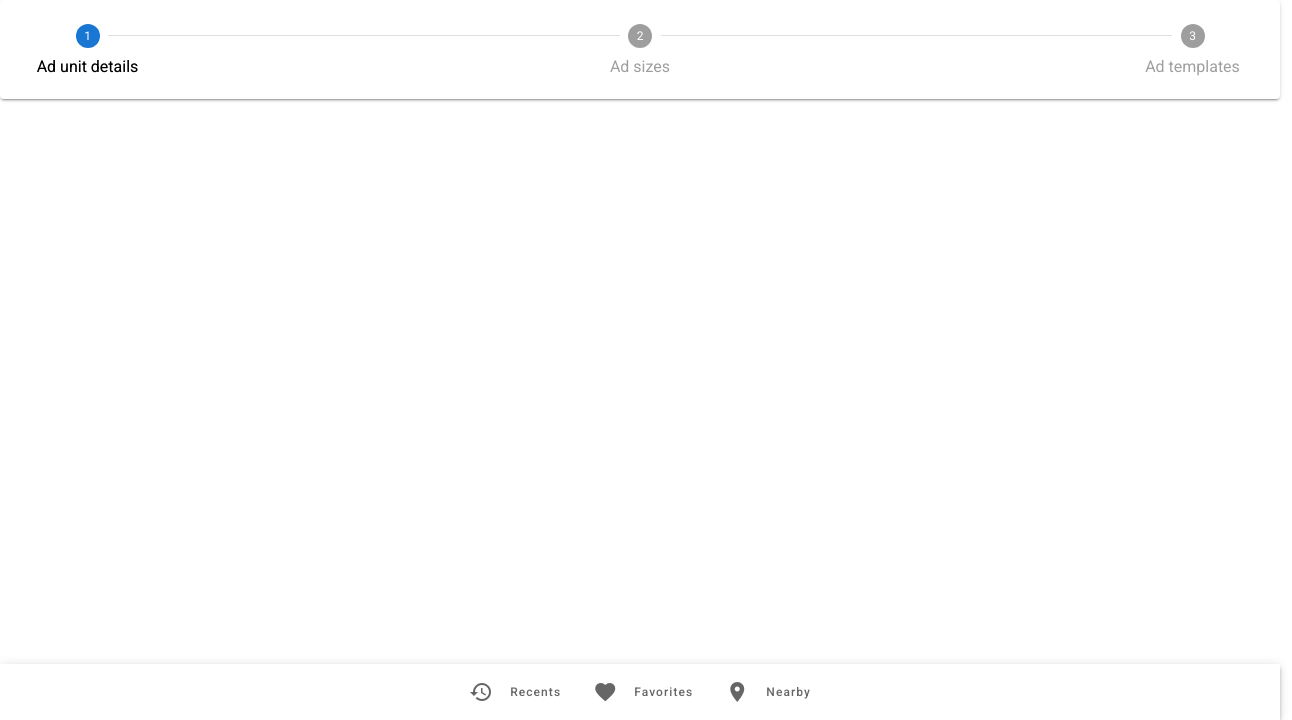
Repository: SidneyHodieb/myc
Page: /addsource
These files come from the project's save history. The page is drawn as it stood at one moment and after the next save; the edit follows.
The browser window is 1280 px wide. The page is 1280 px wide, then 1292 px, so the pictures cover 1292 px, including what lies to the right of the window. The pictures show the whole page.
The project was rebuilt for these pictures with package versions that can differ from the ones it lists, and the page was loaded fresh each time. Also part of the build but not shown: vue.config.js, src/views/Home.vue, src/views/addSource/components/format.vue, src/views/addSource/components/card.vue, src/views/addSource/components/trigger.vue.

Above is the page before, as saved 2021-04-03 17:33:43.

### src/App.vue
<template>
  <v-app>
    <v-main>
      <router-view></router-view>
    </v-main>
  </v-app>
</template>

<script>

export default {
  name: 'App',
  data: () => ({
    //
  }),
};
</script>

### src/router/index.js
import Vue from 'vue'
import VueRouter from 'vue-router'
import Home from '../views/Home.vue'
import addSource from '../views/addSource/column'
import format from '../views/addSource/components/format'
import card from '../views/addSource/components/card'
import trigger from '../views/addSource/components/trigger'

Vue.use(VueRouter)

const routes = [
  {
    path: '/',
    name: 'Home',
    component: Home
  },
  {
    path: '/addsource',
    name: 'addSource',
    component: addSource,
    children: [
      {
        path: 'format',
        component: format
      },
      {
        path: 'card',
        component: card
      },
      {
        path: 'trigger',
        component: trigger
      }
    ]
  },
  {
    path: '/about',
    name: 'About',
    // route level code-splitting
    // this generates a separate chunk (about.[hash].js) for this route
    // which is lazy-loaded when the route is visited.
    component: function () {
      return import(/* webpackChunkName: "about" */ '../views/About.vue')
    }
  }
]

const router = new VueRouter({
  mode: 'history',
  base: process.env.BASE_URL,
  routes
})

export default router

### src/views/addSource/column.vue
<template>
  <div>
    <!-- Header -->
      <v-stepper alt-labels>
          <v-stepper-header>
            <v-stepper-step step="1">
              Ad unit details
            </v-stepper-step>

            <v-divider></v-divider>

            <v-stepper-step step="2">
              Ad sizes
            </v-stepper-step>

            <v-divider></v-divider>

            <v-stepper-step step="3">
              Ad templates
            </v-stepper-step>
          </v-stepper-header>
        </v-stepper>

        <!-- Content -->
        <router-view></router-view>
        <!--Footer  -->

    <v-bottom-navigation
      absolute
      color="blue"
      hide-on-scroll
      horizontal
      scroll-threshold="500"
    >
      <v-btn>
        <span>Recents</span>

        <v-icon>mdi-history</v-icon>
      </v-btn>

      <v-btn>
        <span>Favorites</span>

        <v-icon>mdi-heart</v-icon>
      </v-btn>

      <v-btn>
        <span>Nearby</span>

        <v-icon>mdi-map-marker</v-icon>
      </v-btn>
    </v-bottom-navigation>

   <!--  <v-sheet
      id="scroll-threshold-example"
      class="overflow-y-auto pb-16"
      max-height="600"
    >
      <v-responsive height="1500"></v-responsive>
    </v-sheet> -->
  </div>
</template>

<script>
export default {

}
</script>

<style>

</style>

Loaded but not shown: public/index.html (common file); src/main.js (common file); src/store/index.js (common file); src/plugins/vuetify.js (common file)

After the next save:
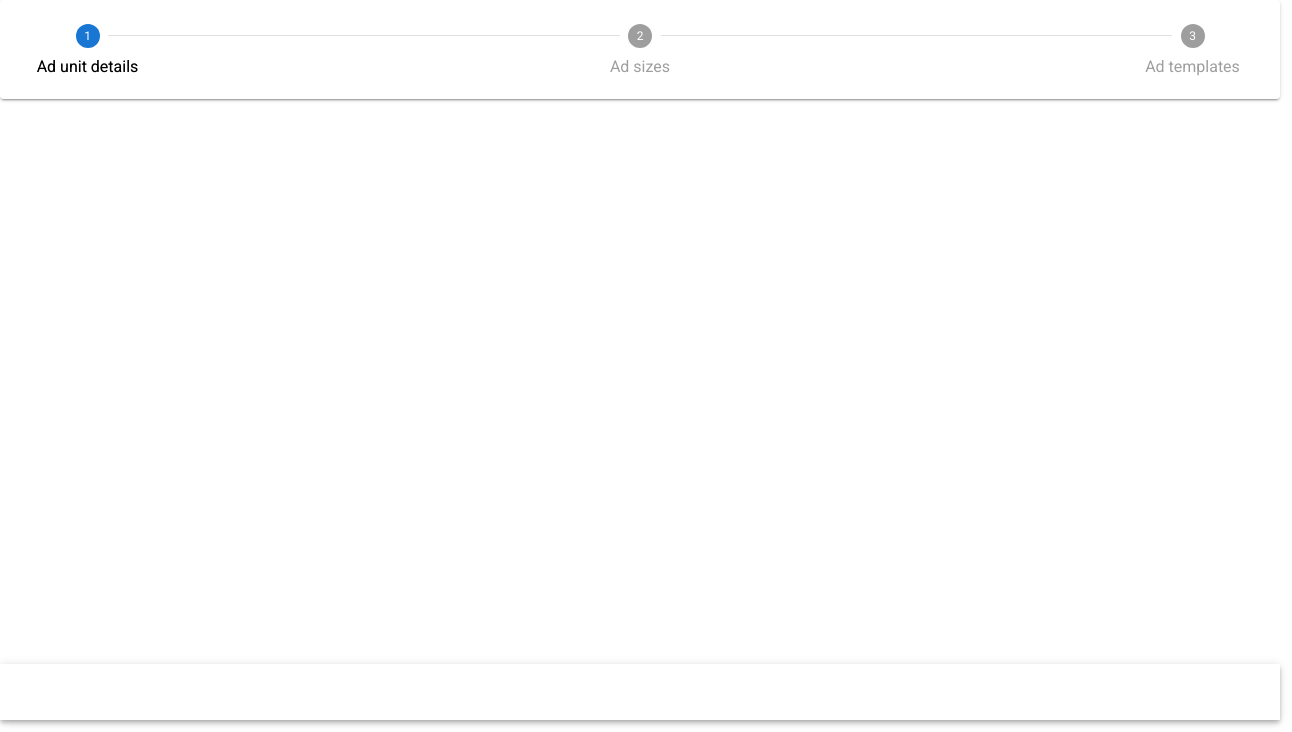
Saved 45 s later.
--- a/src/views/addSource/column.vue
+++ b/src/views/addSource/column.vue
@@ -32,23 +32,14 @@
       horizontal
       scroll-threshold="500"
     >
-      <v-btn>
-        <span>Recents</span>
+      <v-row>
+        <v-col>
 
-        <v-icon>mdi-history</v-icon>
-      </v-btn>
+        </v-col>
+        <v-col>
 
-      <v-btn>
-        <span>Favorites</span>
-
-        <v-icon>mdi-heart</v-icon>
-      </v-btn>
-
-      <v-btn>
-        <span>Nearby</span>
-
-        <v-icon>mdi-map-marker</v-icon>
-      </v-btn>
+        </v-col>
+      </v-row>
     </v-bottom-navigation>
 
    <!--  <v-sheet
